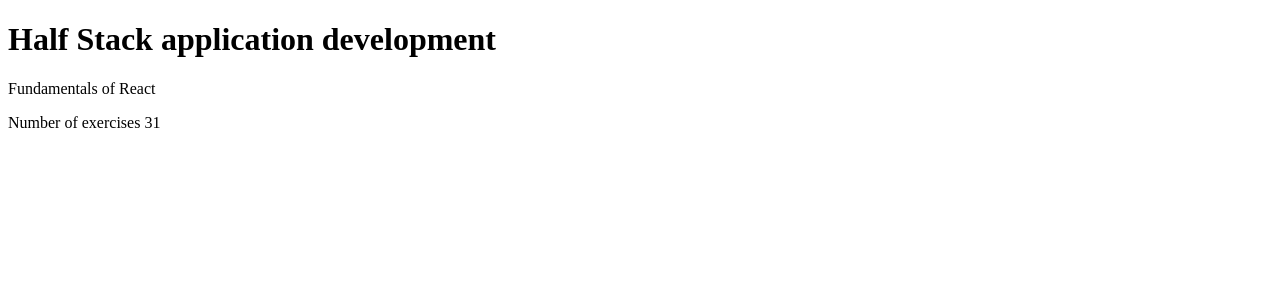
Repository: VadimZubchenko/fullstack-open-tehtavat
Page: / (app in osa1/1.1/step1/)
The author's editor kept a copy of each file at every save. The page is drawn from the files as they stood at one save, then again after the next save.
The browser window is 1280 px wide. The pictures show the whole page.
The project was rebuilt for these pictures with package versions that can differ from the ones it lists, and the page was loaded fresh each time. Also part of the build but not shown: osa1/1.1/step1/vite.config.js.

Above is the page before, as saved 2024-06-24 22:55:20.

### osa1/1.1/step1/src/App.jsx
import Header from "./components/Header";
import Content from "./components/Content";

const App = () => {
  const course = "Half Stack application development";
  const part1 = "Fundamentals of React";
  const exercises1 = 10;
  const part2 = "Using props to pass data";
  const exercises2 = 7;
  const part3 = "State of a component";
  const exercises3 = 14;

  return (
    <div>
      <Header course={course} />
      <Content part1={part1} />

      <p>Number of exercises {exercises1 + exercises2 + exercises3}</p>
    </div>
  );
};

export default App;

### osa1/1.1/step1/src/components/Header.jsx
const Header = (props) => {
  return <h1>{props.course}</h1>;
};

export default Header;

### osa1/1.1/step1/src/components/Content.jsx
const Content = (props) => {
  return (
    <div>
      <p>{props.part1}</p>
      <p>{props.part2}</p>
      <p>{props.part3}</p>
    </div>
  );
};

export default Content;

Loaded but not shown: osa1/1.1/step1/index.html (common file); osa1/1.1/step1/src/main.jsx (common file)

After the next save:
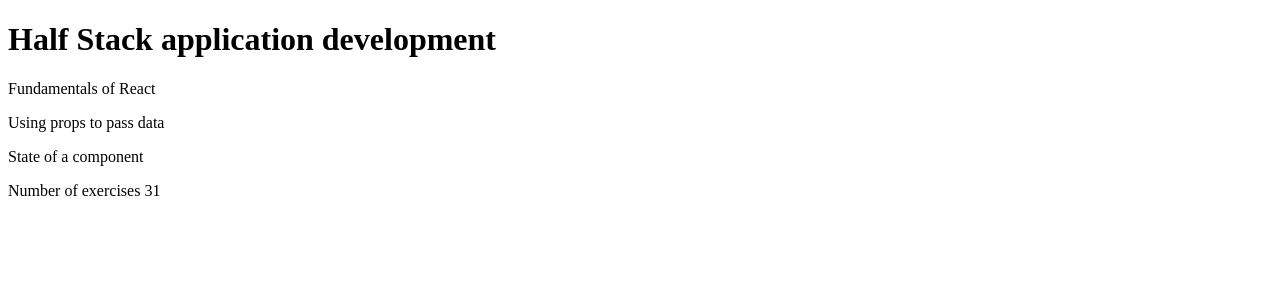
Saved 60 s later.
--- a/osa1/1.1/step1/src/App.jsx
+++ b/osa1/1.1/step1/src/App.jsx
@@ -13,7 +13,14 @@
   return (
     <div>
       <Header course={course} />
-      <Content part1={part1} />
+      <Content
+        part1={part1}
+        exercises1={exercises1}
+        part2={part2}
+        exercises2={exercises2}
+        part3={part3}
+        exercises3={exercises3}
+      />
 
       <p>Number of exercises {exercises1 + exercises2 + exercises3}</p>
     </div>
